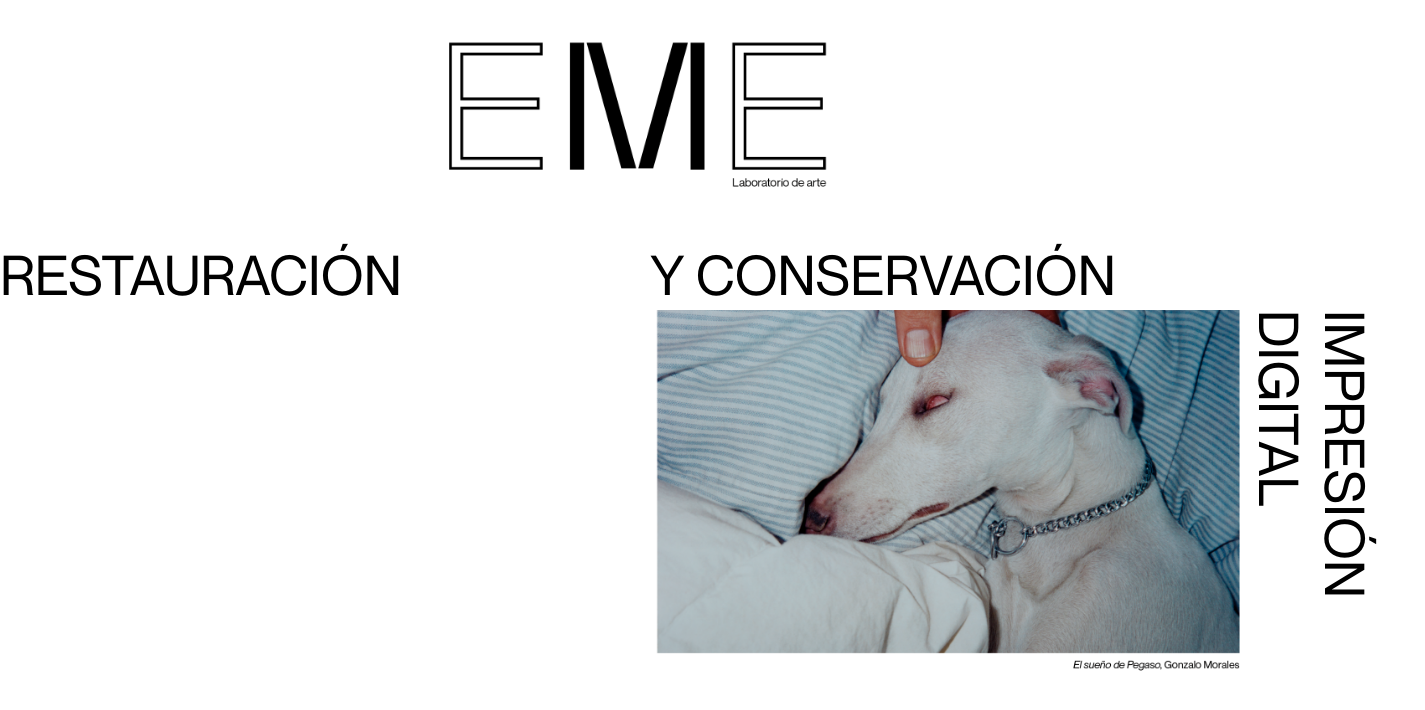
Repository: Manuelujano/eme-lab
Page: /
These files come from the project's save history. The page is drawn as it stood at one moment and after the next save; the edit follows.
The browser window is 1280 px wide. The page is 1425 px wide, so the pictures cover 1425 px, including what lies to the right of the window. The pictures show the whole page.
Some web fonts or font styles are not loaded; a fallback is used. The project was rebuilt for these pictures with package versions that can differ from the ones it lists, and the page was loaded fresh each time. Also part of the build but not shown: src/components/Motion.js, src/components/Prueba.js, src/components/Digital.js, src/components/Trail.js.

Above is the page before, as saved 2020-10-26 13:22:23.

### public/index.html
<!DOCTYPE html>
<html lang="en">
  <head>
    <meta charset="utf-8" />
    <link rel="icon" href="%PUBLIC_URL%/favicon.ico" />
    <meta name="viewport" content="width=device-width, initial-scale=1" />
    <meta name="theme-color" content="#000000" />
    <link href="//db.onlinewebfonts.com/c/7980cc1889b6b0b264dc47cca659f7c2?family=Neue+Montreal" rel="stylesheet" type="text/css"/>
    <meta
      name="description"
      content="Web site created using create-react-app"
    />
    <link rel="apple-touch-icon" href="%PUBLIC_URL%/logo192.png" />
    <!--
      manifest.json provides metadata used when your web app is installed on a
      user's mobile device or desktop. See https://developers.google.com/web/fundamentals/web-app-manifest/
    -->
    <link rel="manifest" href="%PUBLIC_URL%/manifest.json" />
    <!--
      Notice the use of %PUBLIC_URL% in the tags above.
      It will be replaced with the URL of the `public` folder during the build.
      Only files inside the `public` folder can be referenced from the HTML.

      Unlike "/favicon.ico" or "favicon.ico", "%PUBLIC_URL%/favicon.ico" will
      work correctly both with client-side routing and a non-root public URL.
      Learn how to configure a non-root public URL by running `npm run build`.
    -->
    <title>React App</title>
  </head>
  <body>
    <noscript>You need to enable JavaScript to run this app.</noscript>
    <div id="root"></div>
    <!--
      This HTML file is a template.
      If you open it directly in the browser, you will see an empty page.

      You can add webfonts, meta tags, or analytics to this file.
      The build step will place the bundled scripts into the <body> tag.

      To begin the development, run `npm start` or `yarn start`.
      To create a production bundle, use `npm run build` or `yarn build`.
    -->
  </body>
</html>

### src/index.js
import React from 'react';
import ReactDOM from 'react-dom';
import { BrowserRouter } from 'react-router-dom';
import './index.css';
import App from './App';


ReactDOM.render(
  <BrowserRouter>
    <App />
  </BrowserRouter>,
  document.getElementById('root')
);

### src/index.css
body {
  margin: 0;
  font-family: "Neue Montreal";
  -webkit-font-smoothing: antialiased;
  -moz-osx-font-smoothing: grayscale;
}
@font-face {
  font-family: 'Montreal';
  src: url(font/NeueMontreal-Regular.woff);
  font-style: normal;
  font-weight: 100;

}
@font-face {
  font-family: 'Montreal';
  src: url(font/NeueMontreal-RegularItalic.woff);
  font-style: italic;
  font-weight: 100;
}

.trails-main {
  position: relative;
  width: 100%;
  height: 100%;
  overflow: hidden;
  cursor: pointer;
  display: flex;
  justify-content: center;
  align-items: center;
  transform: rotate(90deg);
}

.trails-text {
  position: relative;
  width: 100%;
  height: 70px;
  line-height:70px;
  color: black;
  font-size: 4em;
  font-weight: 100;
  text-transform: uppercase;
  will-change: transform, opacity;
  overflow: hidden;
}

.trails-text > div {
  overflow: hidden;
}
code {
  font-family: source-code-pro, Menlo, Monaco, Consolas, 'Courier New',
    monospace;
}

.logo {
  display: block;
  margin: auto;
  width: 400px;
  padding-top: 2em;
}
.flex-container {
    display: flex;
    flex-direction: column;

}
.pegaso {
  position: absolute;
  top: 300px;
  width: 600px;
  left: 650px;

}

.titulos {
  font-size: 55px;
  font-family: 'Montreal';
  font-weight: 100;
}
.contdig {
  position: absolute;
  top: 360px;
  left: 1175px;
  width: 300px;
  height: 200px;


  transform: rotate(90deg);
}
.cons {
  position: absolute;
  left: 650px;

}

### src/App.js
import React from 'react';
import Header from './components/Header';
import Motion from './components/Motion';
import Pegaso from './components/Pegaso';
import { AnimatePresence } from 'framer-motion';
import { BrowserRouter as Router, Switch, Route } from 'react-router-dom';

import Prueba from './components/Prueba';

import Digital from './components/Digital';
import Trail from './components/Trail';




function App() {
  return (
  <Router>
  <Header/>
  <Route
  render={({location})=> (
    <AnimatePresence initial={false} exitBeforeEnter>
      <Switch location={location} key={location.pathname}>
      <Route exact path='/' render={()=> <Pegaso/>}/>
      <Route path='/digital' render={()=> <Digital/>}/>
      </Switch>
    </AnimatePresence>
  )}

  />


   {/* <Prueba></Prueba> */}
   {/* <Trail></Trail> */}

  {/*  <Motion></Motion> */}

  </Router>
  );
}

export default App;

### src/components/Header.js
import React from 'react';

import { Link } from 'react-router-dom';

import logoblanco from '../img/logoblanco.png';
import Container from '@material-ui/core/Container';

const Header = () => {
    return (
        <header>

            <Container maxWidth="sm">
            <Link to='/'>
            <img  className="logo" src={logoblanco}/>
            </Link>
            </Container>
        </header>
    )
}

export default Header

### src/components/Pegaso.js
import React from 'react'
import pegaso from '../img/pegaso.png';
import { motion } from 'framer-motion';
import { Link } from 'react-router-dom';


const transition = { duration: 0.6, ease: [0.43, 0.13, 0.23, 0.96]}

const Pegaso = () => {
    return (
        <div className="flex-container">
            <div className="cons">
                <h2 className="titulos">
                    Y CONSERVACIÓN
                </h2>

            </div>
            <div className="res">
                <h2 className="titulos">
                    RESTAURACIÓN
                </h2>

            </div>
            <div>
             <motion.img
             className="pegaso"
             src={pegaso}
             whileHover={{ scale: 1.02 }}
             transition={transition}/>
            </div>
            <div className="contdig">
                <h2 className="titulos">
                    IMPRESIÓN <br/> DIGITAL
                </h2>
            </div>

        </div>
    )
}

export default Pegaso

After the next save:
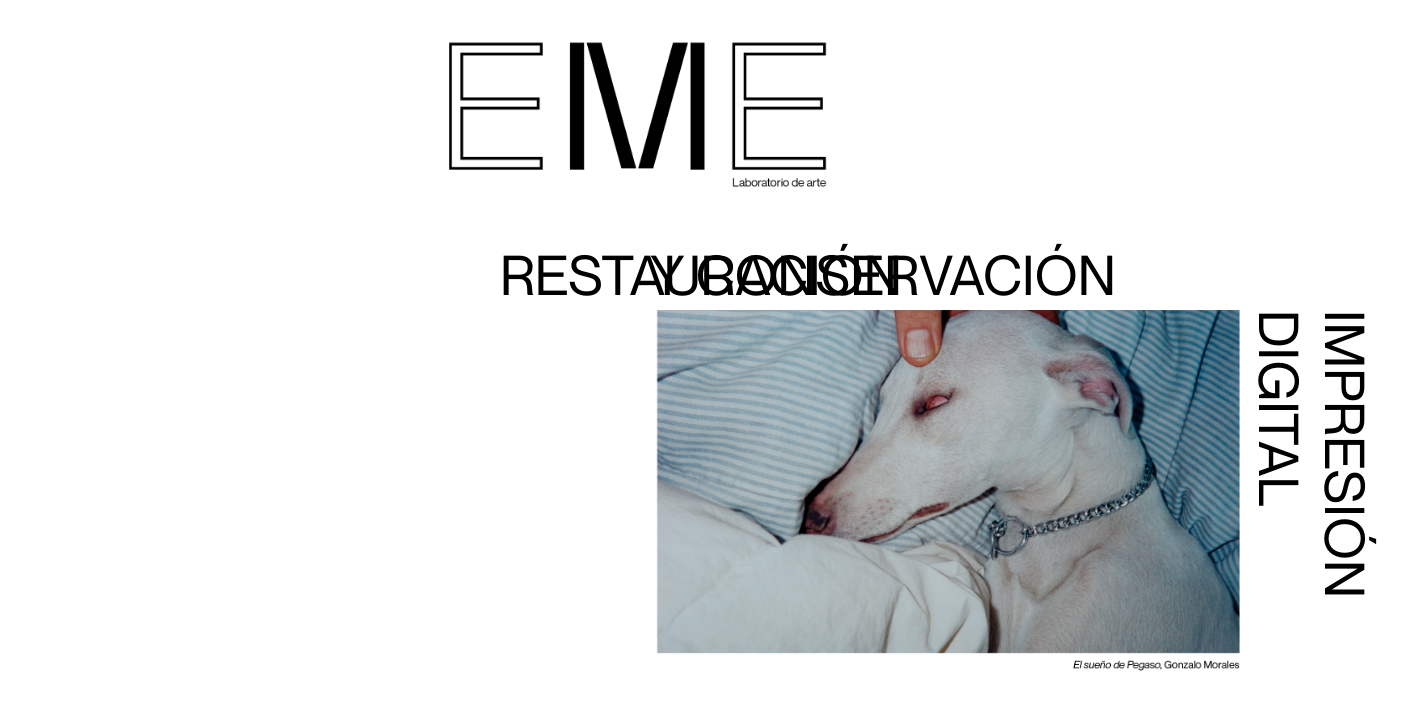
Saved 31 s later.
--- a/src/index.css
+++ b/src/index.css
@@ -90,3 +90,7 @@ code {
   left: 650px;
 
 }
+.res {
+  position: absolute;
+  left: 500px;
+}
